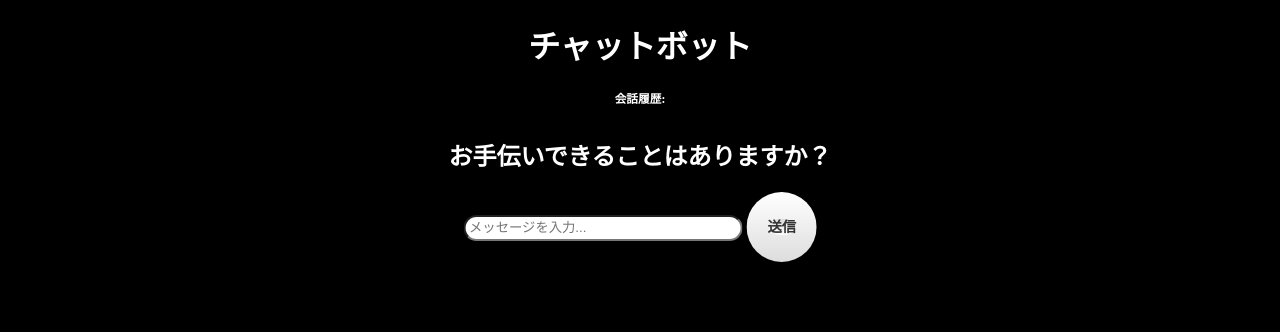
Repository: takumidayo0904/chatbot
Page: http://localhost/ChatBot/
An editor plug-in stored every save of this project. The page is shown before and after the next save, followed by the edit.
The browser window is 1280 px wide. The pictures show the whole page.
The page is served by Tomcat 9.

Above is the page before, as saved 2025-02-03 10:10:18.

After the next save:
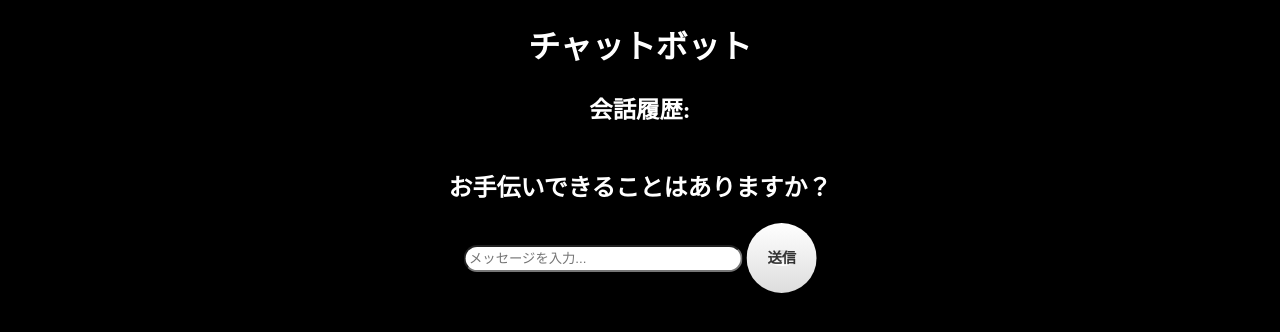
Saved 13 s later.
--- a/ChatBot/WebContent/index.jsp
+++ b/ChatBot/WebContent/index.jsp
@@ -33,7 +33,7 @@ body {
 
 .chat-messages {
 	color: #FFFFFF;
-	font-size: 10px;
+	font-size: 20px;
 }
 
 .button-46:hover {
